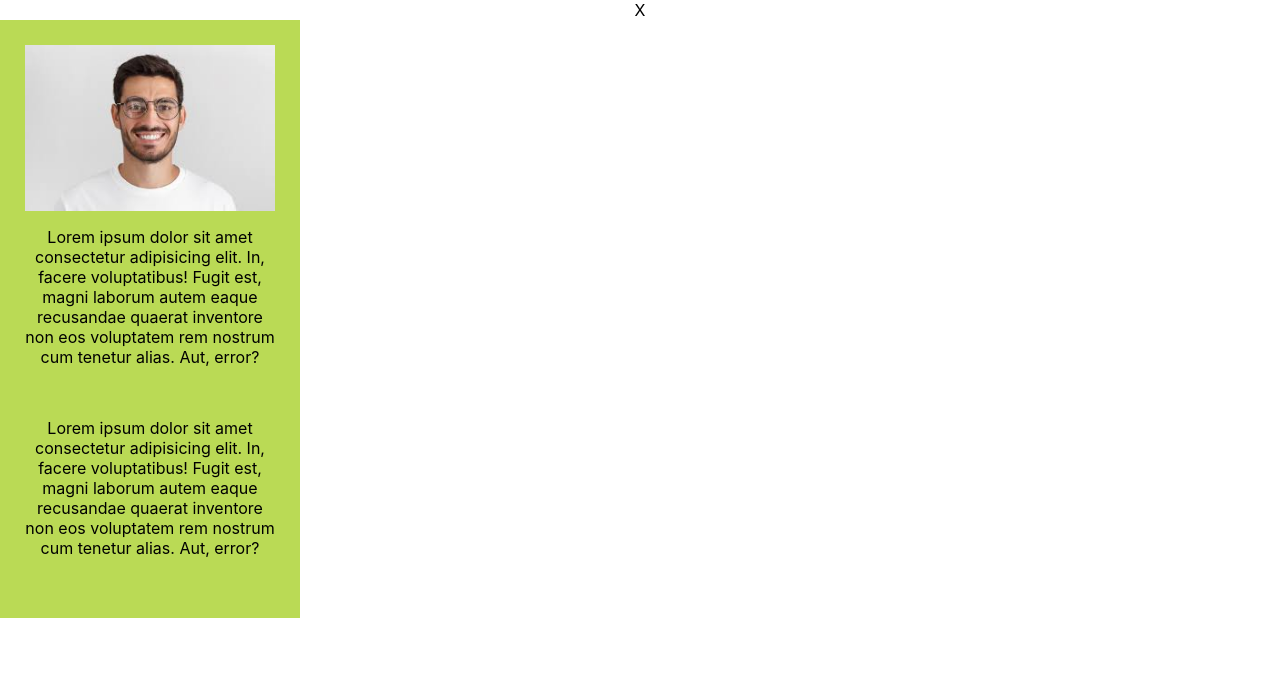
Repository: mikelnorth/team-profile-demo
Page: /
These files come from the project's save history. The page is drawn as it stood at one moment and after the next save; the edit follows.
The browser window is 1280 px wide. The pictures show the whole page.
The project was rebuilt for these pictures with package versions that can differ from the ones it lists, and the page was loaded fresh each time.

Above is the page before, as saved 2022-05-19 18:33:14.

After the next save:
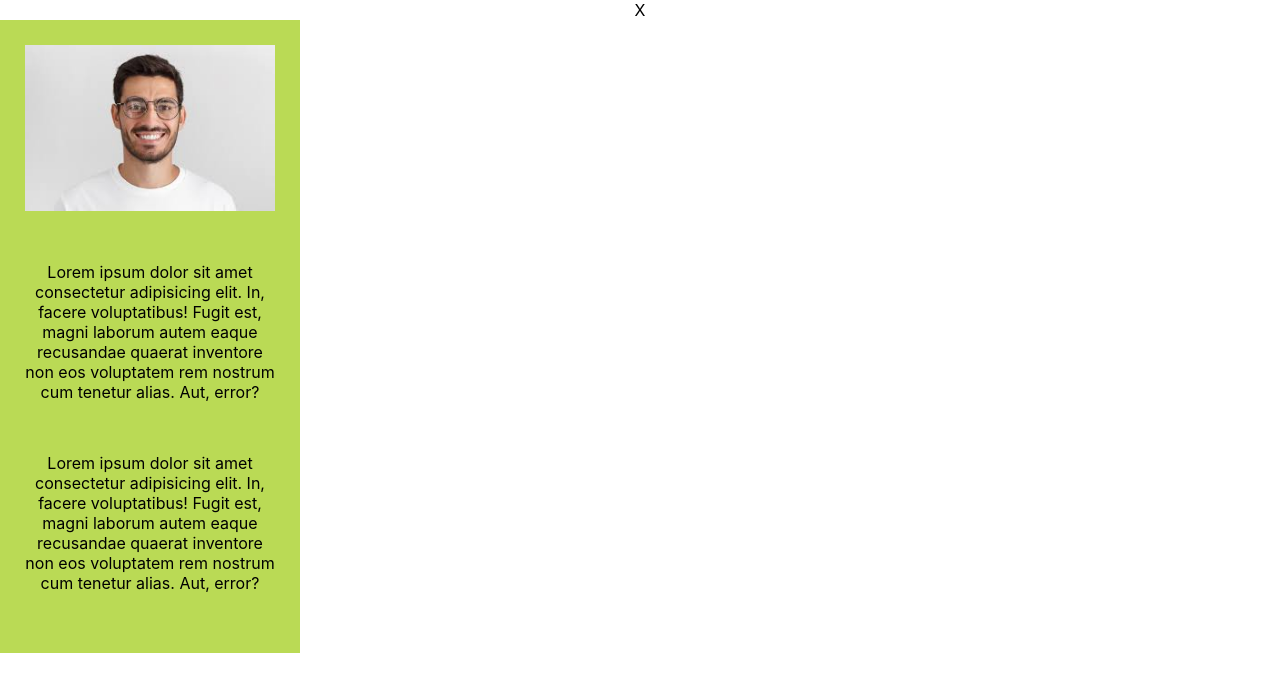
Saved 10 s later.
--- a/src/components/Card.scss
+++ b/src/components/Card.scss
@@ -5,7 +5,7 @@
   padding: 25px;
   background-color: #bada55;
 
-  p {
+  p, img {
     margin-bottom: 35px;
   }
 }
